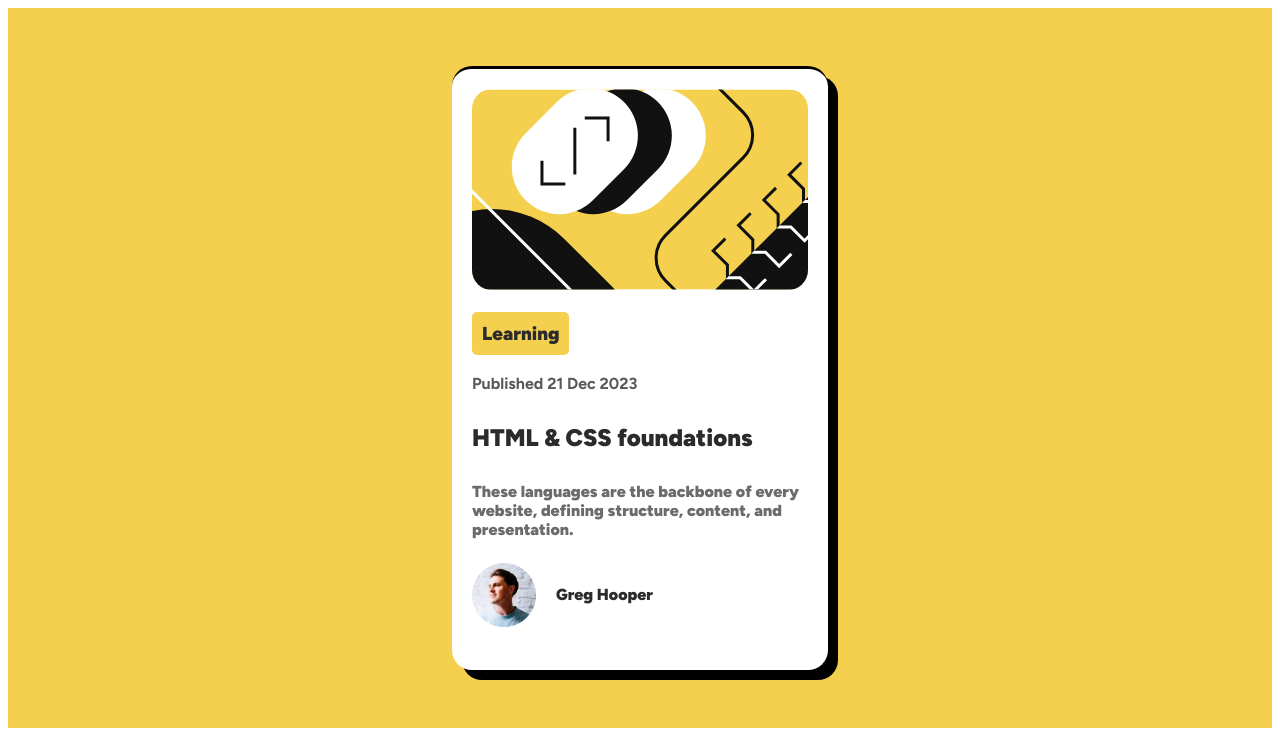
Repository: reemoon-ctrl/blog-preview-card
Page: index.html
The author's editor kept a copy of each file at every save. The page is drawn from the files as they stood at one save, then again after a run of saves.
The browser window is 1280 px wide. The pictures show the whole page.

Above is the page before, as saved 2024-07-19 15:27:54.

After the next 3 saves:
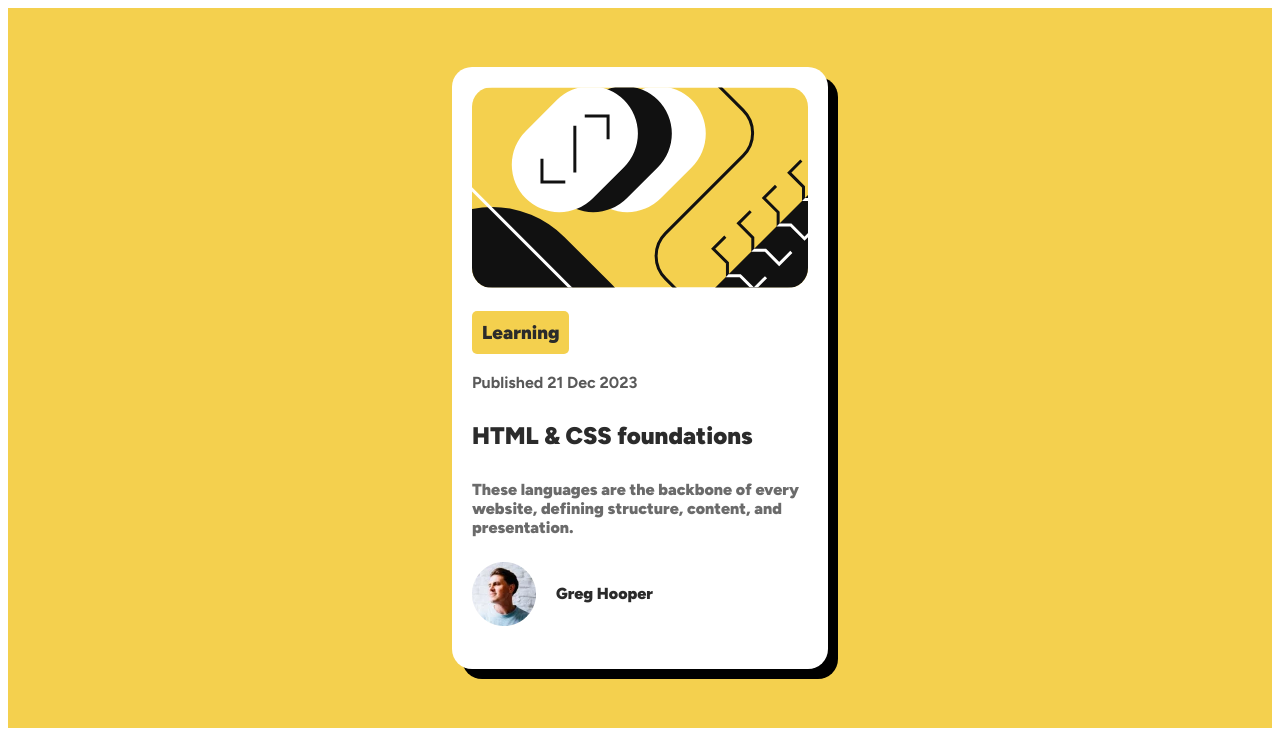
The 3 saves are shown as one change because they came seconds apart.
The last was saved 12 s later.
--- a/index.css
+++ b/index.css
@@ -11,7 +11,7 @@
 .blog-card{
     background-color: white;
     padding: 20px 20px 20px 20px;
-    border-left:color(66, 65, 65);
+    border-left
     border-top:solid ;
     border-radius: 20px;
     flex-basis: 350px;

After the save that followed:
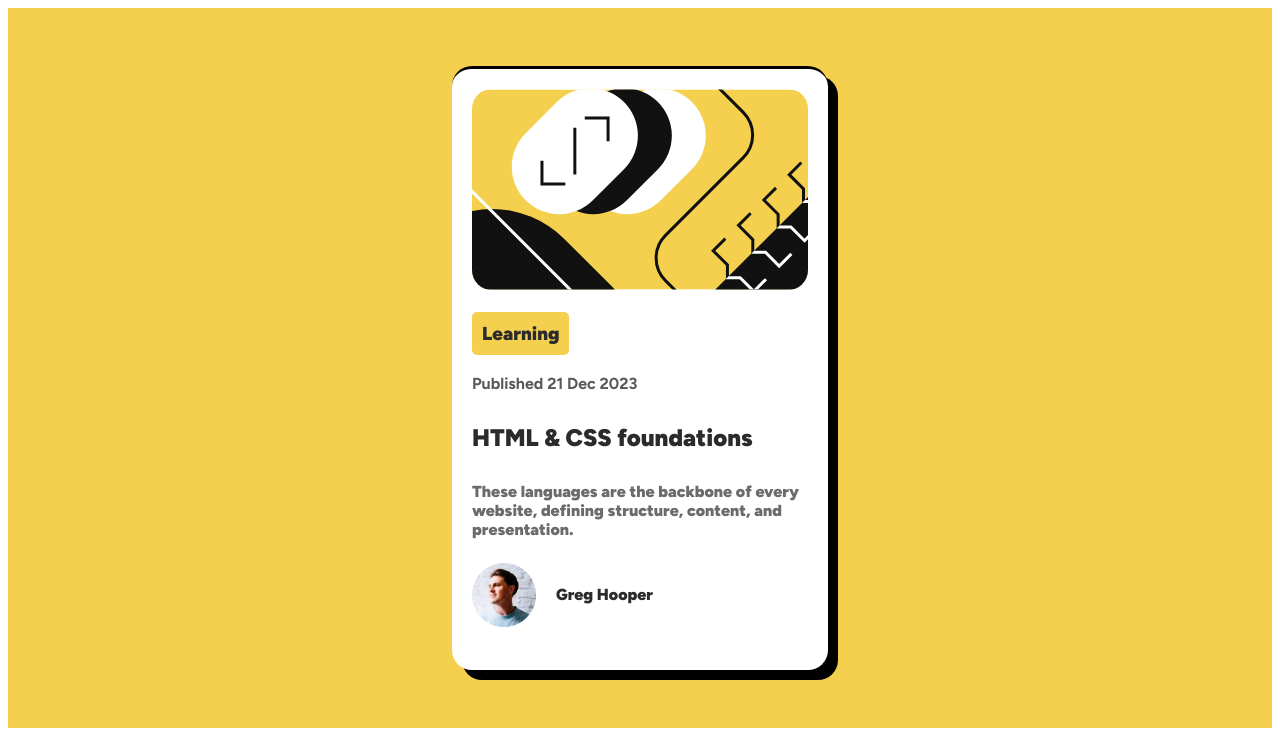
Saved 4 s later.
--- a/index.css
+++ b/index.css
@@ -11,7 +11,7 @@
 .blog-card{
     background-color: white;
     padding: 20px 20px 20px 20px;
-    border-left
+    border-left-color: ;
     border-top:solid ;
     border-radius: 20px;
     flex-basis: 350px;
